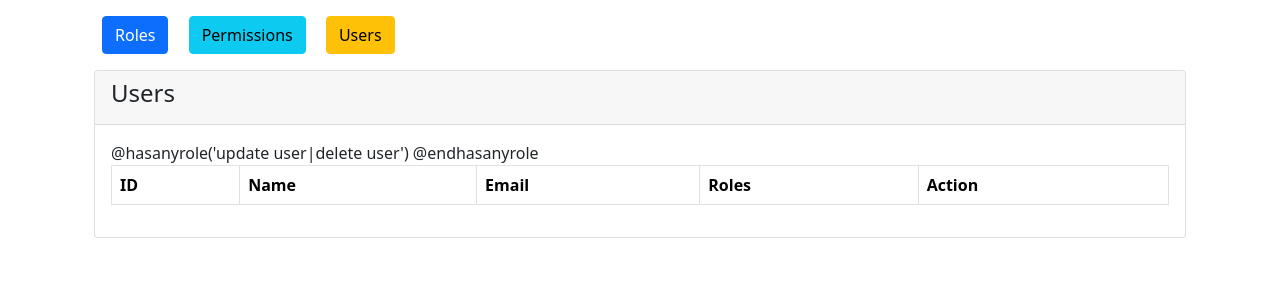
Repository: viisantos/permission_demo
Page: http://localhost/users
These files come from the project's save history. The page is drawn as it stood at one moment and after the next save; the edit follows.
The browser window is 1280 px wide. The pictures show the whole page.
The page is served by the project's Laravel application, run on PHP 8.4 with Laravel 10. Other server files are loaded and not shown. Queries for data that is not in the repository find no rows.

Above is the page before, as saved 2024-05-25 21:17:53.

### routes/web.php
<?php

use App\Http\Controllers\ProfileController;
use Illuminate\Support\Facades\Route;

/*
|--------------------------------------------------------------------------
| Web Routes
|--------------------------------------------------------------------------
|
| Here is where you can register web routes for your application. These
| routes are loaded by the RouteServiceProvider and all of them will
| be assigned to the "web" middleware group. Make something great!
|
*/

Route::get('/', function () {
    return view('welcome');
});

Route::get('/dashboard', function () {
    return view('dashboard');
})->middleware(['auth', 'verified'])->name('dashboard');

/*
Route::middleware('auth')->group(function () {

});*/

Route::group(['middleware' => ['role:super-admin|admin|regular']], function () {
    Route::get('/profile', [ProfileController::class, 'edit'])->name('profile.edit');
    Route::patch('/profile', [ProfileController::class, 'update'])->name('profile.update');
    Route::delete('/profile', [ProfileController::class, 'destroy'])->name('profile.destroy');
    Route::name('profile.destroy')->middleware('permission:delete role');
    Route::resource('permissions', App\Http\Controllers\PermissionController::class);
    //Route::get('permissions/{permissionId}/delete', [App\Http\Controllers\PermissionController::class, 'destroy']);
    Route::resource('roles', App\Http\Controllers\RoleController::class);
   // Route::get('roles/{roleId}/delete', [App\Http\Controllers\RoleController::class, 'destroy']);
    Route::get('roles/{role}/add-permissions', [App\Http\Controllers\RoleController::class, 'addPermissionToRole'])->name('roles.add-permissions');
    Route::put('roles/{role}/give-permissions', [App\Http\Controllers\RoleController::class, 'givePermissionToRole'])->name('roles.give-permissions');
    Route::resource('users', App\Http\Controllers\UserController::class);
    //Route::get('users/{userId}/delete', [App\Http\Controllers\UserController::class, 'destroy']);
});

require __DIR__.'/auth.php';

### app/Http/Controllers/UserController.php
<?php

namespace App\Http\Controllers;

use Illuminate\Http\Request;
use App\Models\User;
use Illuminate\Support\Facades\Hash;
use Spatie\Permission\Models\Role;

class UserController extends Controller
{
    public function __construct(){
        $this->middleware('permission:delete user', ['only' => ['destroy']]);
        $this->middleware('permission:update user', ['only' => ['update','edit']]);
        $this->middleware('permission:view user',   ['only' => ['index','show']]);
        $this->middleware('permission:create user', ['only' => ['create','store']]);
    }
    public function index(){
        $users = User::get();
        return view('role-permission.user.index', compact('users'));
    }

    public function create(){
        $roles = Role::pluck('name','name')->all();
        return view('role-permission.user.create', compact('roles'));
    }
    public function store(Request $request){
     /*
        $request->validate([
            'name' => 'required|string|max:255',
            'email' => 'required|email|max:255',
            'password' => 'required|string|min:8|max:20',
            'roles' => 'required'
        ]);*/


        $user = User::create([
            'name'  => $request->name,
            'email' => $request->email,
            'password' => Hash::make($request->password),
        ]);


        $user->syncRoles($request->roles);


        return redirect('/users')->with('status','User created successfully with roles');

    }

    public function edit(User $user){
        $roles = Role::pluck('name','name')->all();
        $userRoles = $user->roles->pluck('name','name')->all();

        return view('role-permission.user.edit', compact('user','roles','userRoles'));
    }

    public function update(Request $request, User $user){

        $data = [
            'name'  => $request->name,
            'email' => $request->email
        ];

        if(!empty($request->password)){
            $data += [
                'password' => Hash::make($request->password),
            ];
        }

        $user->update($data);
        $user->syncRoles($request->roles);

        return redirect('/users')->with('status','User updated successfully');
    }

    public function destroy(User $user){
        //$user = User::findOrFail($userId);
        $user->delete();
        return redirect('/users')->with('status','User deleted successfully');
    }
}

### resources/views/role-permission/user/index.blade.php
<head>
    <link href="https://cdn.jsdelivr.net/npm/bootstrap@5.3.2/dist/css/bootstrap.min.css" rel="stylesheet" integrity="sha384-T3c6CoIi6uLrA9TneNEoa7RxnatzjcDSCmG1MXxSR1GAsXEV/Dwwykc2MPK8M2HN" crossorigin="anonymous">
    <link rel="stylesheet" href="https://cdn.jsdelivr.net/npm/bootstrap@5.1.3/dist/css/bootstrap.min.css" />
</head>
@include('role-permission.nav-links')
<div class="container">
    <div class="row">
        <div class="col-md-12">
            @if(session('status'))
                <div class="alert alert-success">
                    {{ session('status') }}
                </div>
            @endif
            <div class="card mt-3">
                <div class="card-header">
                    <h4>Users</h4>
                    @can('create user')
                        <a href="{{ route('users.create') }}" class="btn btn-primary float-end">Add User</a>
                    @endcan
                </div>
                <div class="card-body">
                    <table class="table table-bordered table-striped">
                        <thead>
                            <tr>
                                <th>ID</th>
                                <th>Name</th>
                                <th>Email</th>
                                <th>Roles</th>
                                @hasanyrole('update user|delete user')
                                <th>Action</th>
                                @endhasanyrole
                            </tr>
                        </thead>
                        <tbody>
                            @foreach($users as $user)
                                <tr>
                                    <td>{{ $user->id }}</td>
                                    <td>{{ $user->name }}</td>
                                    <td>{{ $user->email }}</td>
                                    <td>
                                        @if(!empty($user->getRoleNames()))
                                            @foreach($user->getRoleNames() as $rolename)
                                                <label class="badge bg-primary mx-1">{{ $rolename }}</label>
                                            @endforeach
                                        @endif
                                    </td>
                                    @haspermission('update user|delete user')
                                    <td>
                                        @can('update user')
                                            <a href="{{ route('users.edit', ['user' => $user->id]) }}" class="btn btn-success">Edit</a>
                                        @endcan
                                        @can('delete user')
                                            <form action="{{ route('users.destroy', $user->id) }}" method="POST" style="display: inline;">
                                                @csrf
                                                @method('DELETE')
                                                <button type="submit" class="btn btn-danger">Delete</button>
                                            </form>
                                        @endcan
                                    </td>
                                    @endhaspermission
                                </tr>
                            @endforeach
                        </tbody>
                    </table>
                </div>
            </div>
        </div>
    </div>
</div>

### resources/views/role-permission/nav-links.blade.php
<div class="container mt-3">
    <a href="{{ route('roles.index') }}" class="btn btn-primary mx-2">Roles</a>
    <a href="{{ route('permissions.index') }}" class="btn btn-info mx-2">Permissions</a>
    <a href="{{ route('users.index') }}" class="btn btn-warning mx-2">Users</a>
</div>

Loaded but not shown: routes/auth.php (common file); app/Http/Controllers/Auth/EmailVerificationPromptController.php (common file); app/Http/Controllers/Controller.php (common file); app/Http/Controllers/Auth/VerifyEmailController.php (common file); app/Models/User.php (common file)

After the next save:
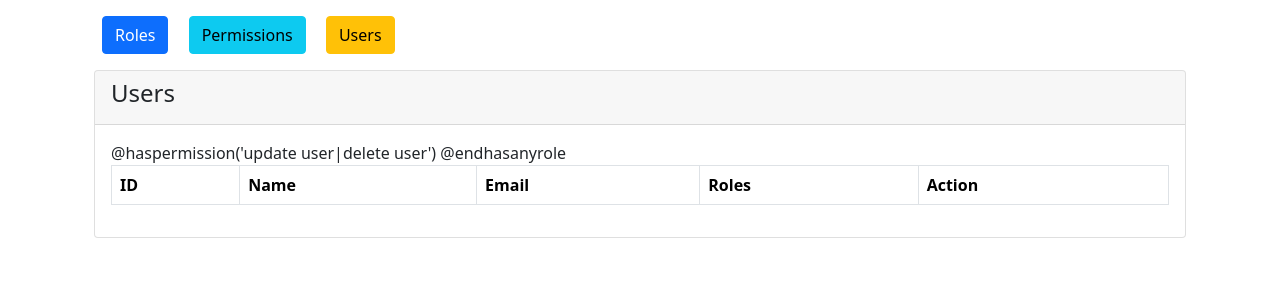
Saved 13 s later.
--- a/resources/views/role-permission/user/index.blade.php
+++ b/resources/views/role-permission/user/index.blade.php
@@ -26,7 +26,7 @@
                                 <th>Name</th>
                                 <th>Email</th>
                                 <th>Roles</th>
-                                @hasanyrole('update user|delete user')
+                                @haspermission('update user|delete user')
                                 <th>Action</th>
                                 @endhasanyrole
                             </tr>
